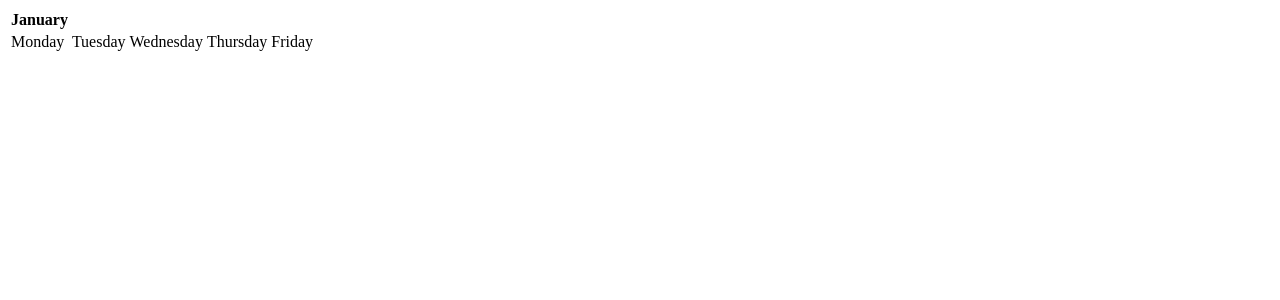
Repository: shleewhite/missionBitCalendar
Page: views/jan.html
The author's editor kept a record of every edit. The page is drawn from the files as they stood at one moment, then again after the next edit.
The browser window is 1280 px wide. The pictures show the whole page.

Above is the page before.

### views/jan.html
<article id="jan">
<html>
    <head></head>
    <body>
        <table>
            <tr>
                <th>January</th>
            </tr>
            <tr>
                <td>Monday</td>
                <td>Tuesday</td>
                <td>Wednesday</td>
                <td>Thursday</td>
                <td>Friday</td>
            </tr>
        </table>
    </body>
</html>

After the next edit:
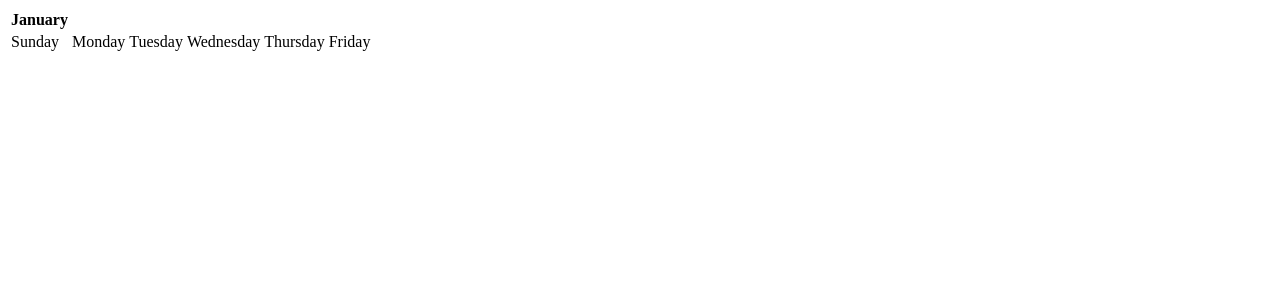
The edit:
--- a/views/jan.html
+++ b/views/jan.html
@@ -7,6 +7,7 @@
                 <th>January</th>
             </tr>
             <tr>
+                <td>Sunday</td>
                 <td>Monday</td>
                 <td>Tuesday</td>
                 <td>Wednesday</td>
